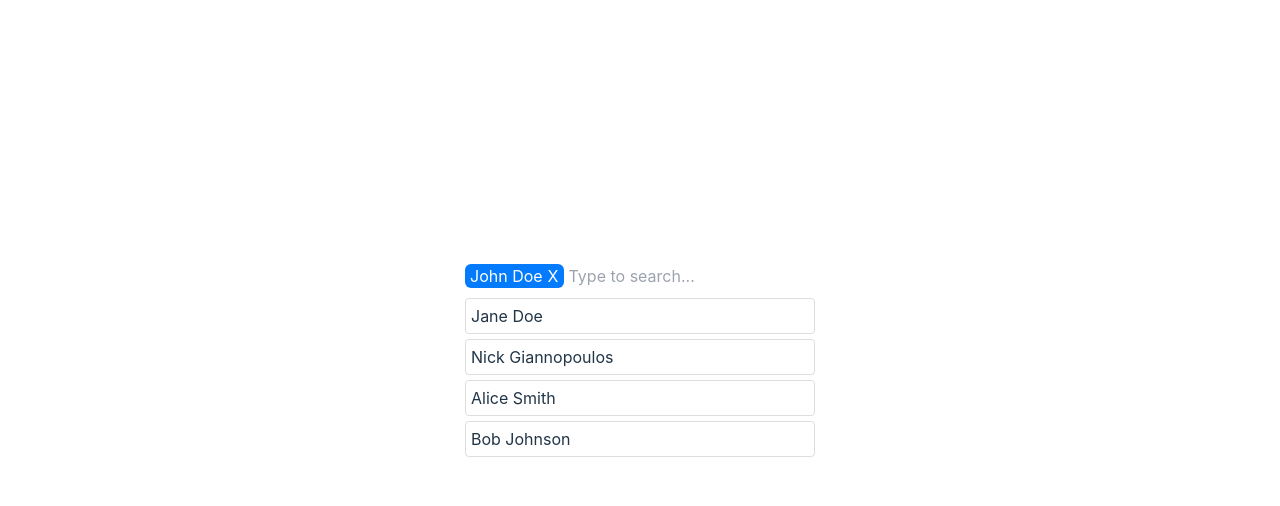
Repository: Ayansaxena24/Chip
Page: /, after clicking the first element matching `li`
An editor plug-in stored every save of this project. The page is shown before and after the next save, followed by the edit.
The browser window is 1280 px wide. The pictures show the whole page.
Some web libraries are served in a nearby version. The project was rebuilt for these pictures with package versions that can differ from the ones it lists, and the page was loaded fresh each time. Also part of the build but not shown: vite.config.ts.

Above is the page before, as saved 2024-01-16 03:08:35.

### index.html
<!doctype html>
<html lang="en">
  <head>
    <meta charset="UTF-8" />
    <link rel="icon" type="image/svg+xml" href="/vite.svg" />
    <meta name="viewport" content="width=device-width, initial-scale=1.0" />
    <script src="https://cdn.tailwindcss.com"></script>    <title>Vite + React + TS</title>
  </head>
  <body>
    <div id="root"></div>
    <script type="module" src="/src/main.tsx"></script>
  </body>
</html>

### src/App.tsx
import { BrowserRouter as Router, Routes, Route } from 'react-router-dom'
import ChipInput from './chipInput'

const App = () => {
  return (
    <Router>
      <Routes>
      <Route path="/" element={<ChipInput />} />
      </Routes>
    </Router>
  )
}

export default App

### src/ChipInput.tsx
// ChipInput.tsx

import React, {
  useState,
  useRef,
  useEffect,
  KeyboardEvent,
  ChangeEvent,
} from "react";
import "./ChipInput.css"; // Import your CSS file (e.g., TailwindCss/SCSS)

interface Chip {
  id: number;
  label: string;
}

const ChipInput: React.FC = () => {
  const [inputValue, setInputValue] = useState<string>("");
  const [chips, setChips] = useState<Chip[]>([]);
  const [filteredItems, setFilteredItems] = useState<string[]>([]);
  const inputRef = useRef<HTMLInputElement>(null);

  const items = [
    "John Doe",
    "Jane Doe",
    "Nick Giannopoulos",
    "Alice Smith",
    "Bob Johnson",
  ];

  useEffect(() => {
    setFilteredItems(
      items.filter((item) => !chips.find((chip) => chip.label === item))
    );
  }, [chips]);

  const handleInputChange = (e: ChangeEvent<HTMLInputElement>) => {
    const value = e.target.value;
    setInputValue(value);

    if (value.trim() === "" && chips.length > 0) {
      highlightLastChip();
    } else {
      setFilteredItems(
        items.filter((item) => item.toLowerCase().includes(value.toLowerCase()))
      );
    }
  };

  const handleChipClick = (item: string) => {
    setChips((prevChips) => [...prevChips, { id: Date.now(), label: item }]);
    setInputValue("");
  };

  const handleChipRemove = (id: number) => {
    setChips((prevChips) => prevChips.filter((chip) => chip.id !== id));
  };

  const handleInputKeyDown = (e: KeyboardEvent<HTMLInputElement>) => {
    if (e.key === "Backspace" && inputValue === "" && chips.length > 0) {
      e.preventDefault();
      const lastChip = chips[chips.length - 1];
      handleChipRemove(lastChip.id);
    }
  };

  const highlightLastChip = () => {
    const lastChip = document.querySelector(".chip:last-child");
    if (lastChip) {
      lastChip.classList.add("highlighted");
    }
  };

  return (
    <div className="w-screen flex justify-center items-center">
      <div className="flex flex-col w-[50vh]">
        <div className="flex flex-wrap">
          {chips.map((chip) => (
            <div
              key={chip.id}
              className="bg-[#037bfc] text-white rounded-md m-[5px] px-[5px]"
              onClick={() => handleChipRemove(chip.id)}
            >
              {chip.label}
              <span className="chip-remove">X</span>
            </div>
          ))}
          <input
            ref={inputRef}
            type="text"
            value={inputValue}
            onChange={handleInputChange}
            onKeyDown={handleInputKeyDown}
            placeholder="Type to search..."
          />
        </div>
        <ul className="item-list">
          {filteredItems.map((item) => (
            <li key={item} onClick={() => handleChipClick(item)}>
              {item}
            </li>
          ))}
        </ul>
      </div>
    </div>
  );
};

export default ChipInput;

### src/ChipInput.css
/* ChipInput.css */

  .chip {
    background-color: #037bfc;
    color: #fff;
    padding: 5px 10px;
    margin: 5px;
    border-radius: 4px;
    cursor: pointer;
    display: flex;
    align-items: center;
  }

  .chip-remove {
    margin-left: 5px;
    cursor: pointer;
  }

  .highlighted {
    background-color: #ffcc00;
  }

  .item-list {
    list-style: none;
    padding: 0;
    margin: 0;
  }

  .item-list li {
    cursor: pointer;
    padding: 5px;
    margin: 5px;
    border: 1px solid #ddd;
    border-radius: 4px;
  }

  .item-list li:hover {
    background-color: #f0f0f0;
  }

Loaded but not shown: src/main.tsx (common file); src/index.css (common file)

After the next save:
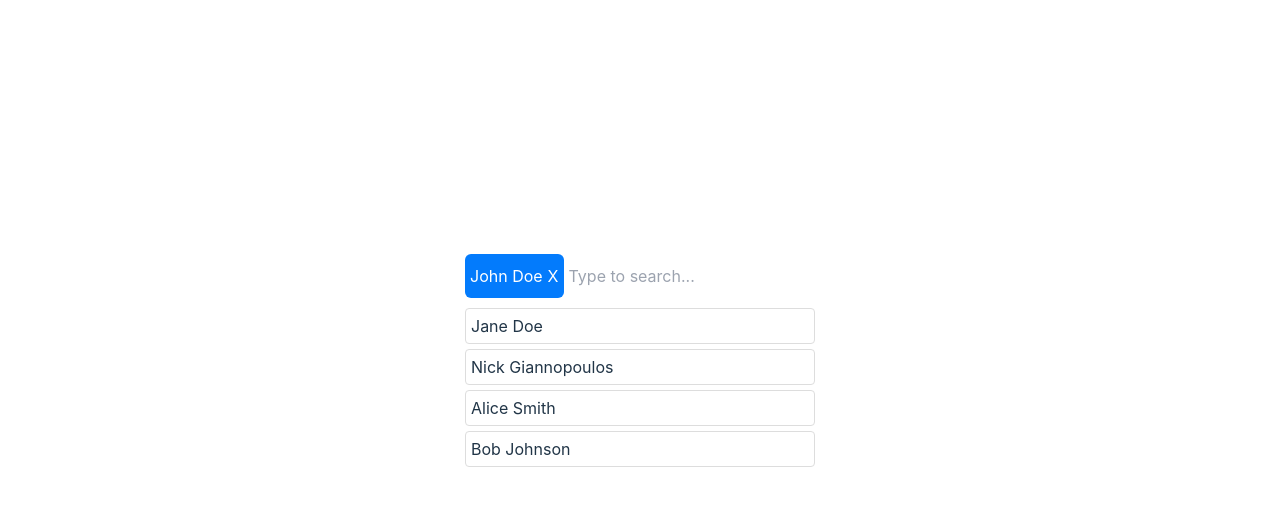
Saved 4 s later.
--- a/src/ChipInput.tsx
+++ b/src/ChipInput.tsx
@@ -78,7 +78,7 @@ const ChipInput: React.FC = () => {
           {chips.map((chip) => (
             <div
               key={chip.id}
-              className="bg-[#037bfc] text-white rounded-md m-[5px] px-[5px]"
+              className="bg-[#037bfc] text-white rounded-md m-[5px] px-[5px] py-[10px]"
               onClick={() => handleChipRemove(chip.id)}
             >
               {chip.label}
